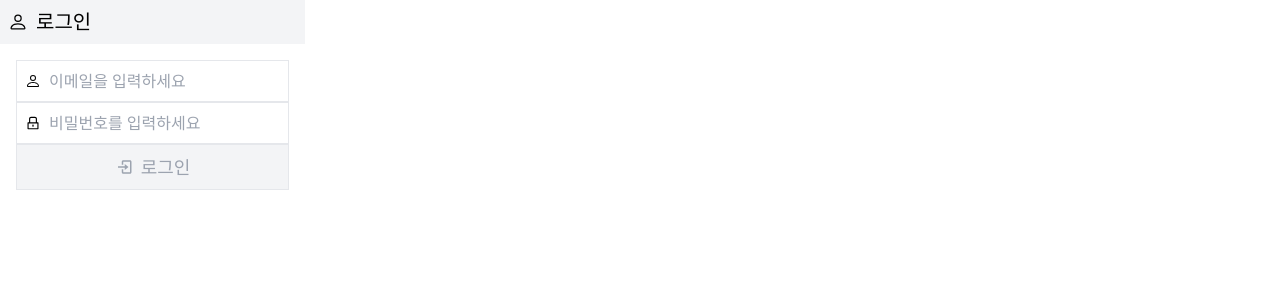
Repository: wanted-pre-onboarding-4/pre-onboarding-assignment-week-4-1-team-4
Page: /login (app in client/)
The author's editor kept a copy of each file at every save. The page is drawn from the files as they stood at one save, then again after the next save.
The browser window is 1280 px wide. The pictures show the whole page.
The project was rebuilt for these pictures with package versions that can differ from the ones it lists, and the page was loaded fresh each time. Also part of the build but not shown: client/src/components/Footer.jsx, client/src/components/Header.jsx, client/src/components/Sider.jsx, client/src/components/Layout.jsx.

Above is the page before, as saved 2022-09-20 21:16:13.

### client/src/index.js
import React from 'react';
import ReactDOM from 'react-dom/client';
import App from './App';
import "./index.css"
const root = ReactDOM.createRoot(document.getElementById('root'));
root.render(
  <React.StrictMode>
    <App />
  </React.StrictMode>
);

### client/src/App.js
import { BrowserRouter as Router, Routes, Route } from 'react-router-dom';
import Layout from './components/Layout';
import Login from './pages/login/Login';

function App() {
  return (
    <Router>
      <Routes>
        <Route path="/login" element={<Login/>} />
        <Route element={<Layout />}>
          <Route path="/" element={<div>홈</div>} />
          <Route path="/users" element={<div>유저 목록 페이지</div>} />
          <Route path="/users/:user_id" element={<div>유저 상세 페이지</div>} />
          <Route path="/accounts" element={<div>계좌 목록 페이지</div>} />
          <Route path="/accounts/:account_id" element={<div>계좌 상세 페이지</div>} />
          <Route path="*" element={<div>404페이지</div>} />
        </Route>
      </Routes>
    </Router>
  );
}

export default App;

### client/src/index.css
#root{
  display: flex;
  height:100vh;
}

@tailwind base;
@tailwind components;
@tailwind utilities;

### client/src/pages/login/Login.jsx
import React from 'react';
import { BsPerson } from 'react-icons/bs';
import { AiOutlineLock } from 'react-icons/ai';
import { BiLogIn } from 'react-icons/bi';

const Login = () => {
  return (
    <div>
      <div className='rounded-md'>
        <div className="flex items-center justify-start space-x-2 p-2 font-medium text-xl bg-gray-100">
          <BsPerson />
          <h1>로그인</h1>
        </div>
        <form className='p-4'>
          <label className="flex items-center space-x-2 border-solid border-[1px] p-2">
            <BsPerson />
            <input type="email" placeholder="이메일을 입력하세요" />
          </label>
          <label className="flex items-center space-x-2 border-solid border-[1px] p-2">
            <AiOutlineLock />
            <input type="password" placeholder="비밀번호를 입력하세요" />
          </label>
          <button
            className="flex items-center justify-center space-x-2 w-full text-lg border-solid border-[1px] p-2 disabled:text-gray-400 disabled:bg-gray-100"
            disabled={true}
          >
            <BiLogIn />
            <span>로그인</span>
          </button>
        </form>
      </div>
    </div>
  );
};

export default Login;

Loaded but not shown: client/public/index.html (common file); client/tailwind.config.js (common file)

After the next save:
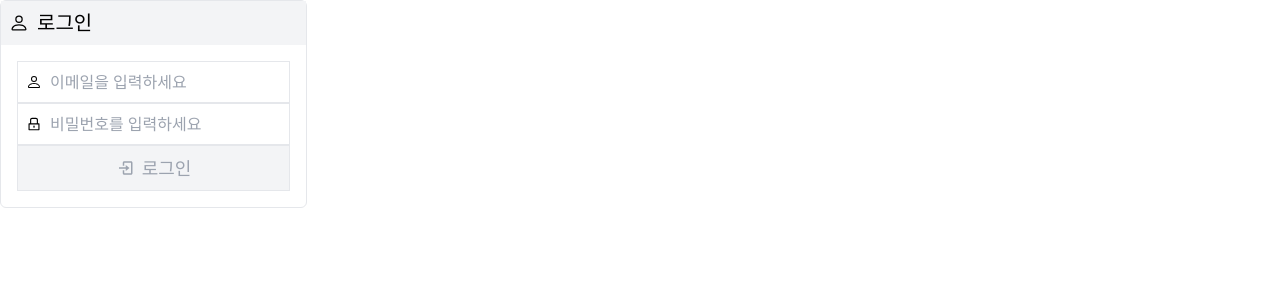
Saved 20 s later.
--- a/client/src/pages/login/Login.jsx
+++ b/client/src/pages/login/Login.jsx
@@ -6,7 +6,7 @@ import { BiLogIn } from 'react-icons/bi';
 const Login = () => {
   return (
     <div>
-      <div className='rounded-md'>
+      <div className='border-solid border-[1px] rounded-md'>
         <div className="flex items-center justify-start space-x-2 p-2 font-medium text-xl bg-gray-100">
           <BsPerson />
           <h1>로그인</h1>
